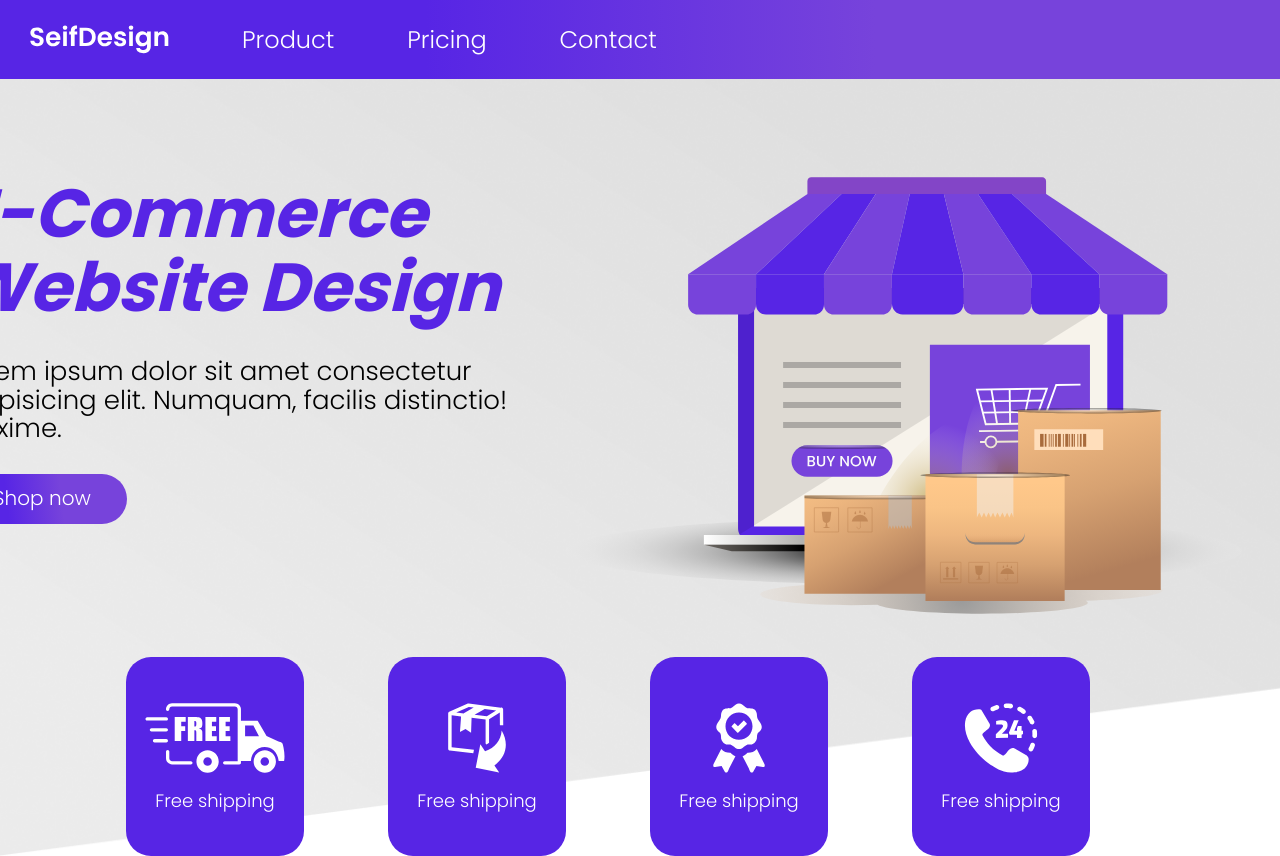
Repository: simralgasimov/newpage
Page: index.html
These files come from the project's save history. The page is drawn as it stood at one moment and after a run of saves; the edit follows.
The browser window is 1280 px wide. The pictures show the whole page.
The style sheet was rebuilt from its Sass, Less or Tailwind sources for each picture, by a compiler version that may differ from the author's.

Above is the page before, as saved 2023-12-13 15:18:04.
Not found: index.js

### index.html
<!DOCTYPE html>
<html lang="en">
  <head>
    <meta charset="UTF-8" />
    <meta name="viewport" content="width=device-width, initial-scale=1.0" />
    <title>Document</title>
    <link rel="stylesheet" href="./reset.css" />
    <link rel="stylesheet" href="./index.css" />
  </head>
  <body>
    <div class="container">
      <nav>
        <!-- <div class="logo"> -->
          <img class="logo-img" src=".//image/SeifDesign.svg" alt="" />
        <!-- </div> -->
        <ul>
          <li><a href="#">Product</a></li>
          <li><a href="#">Pricing</a></li>
          <li><a href="#">Contact</a></li>
        </ul>
        <div class="burgerMenu">
          <img src="./image/Frame 1.svg" alt="" />
        </div>
      </nav>
      <div class="box-container">
        <div class="box-1">
          <div class="text-container">
            <h1>E-Commerce Website Design</h1>
            <p>
              Lorem ipsum dolor sit amet consectetur adipisicing elit. Numquam,
              facilis distinctio! Maxime.
            </p>
            <button><a href="#">Shop now</a></button>
          </div>

            <img class="house-img" src=".//image/Group (1).svg" alt="" />

        </div>

          <ul>
            <li>
              <img src="./image/Group (2).svg" alt="" />
              <p>Free shipping</p>
            </li>

            <li>
              <img src="./image/Vector (1).svg" alt="" />
              <p>Free shipping</p>
            </li>
            <li>
              <img src="./image/Group (3).svg" alt="" />
              <p>Free shipping</p>
            </li>
            <li>
              <img src="./image/Vector (2).svg" alt="" />
              <p>Free shipping</p>
            </li>
          </ul>
        </div>

    </div>

  </body>
  <script src="./index.js"></script>
</html>

### index.scss
@import url("https://fonts.googleapis.com/css2?family=Poppins:wght@300;700&display=swap");
* {
  margin: 0;
  padding: 0;
  box-sizing: border-box;
}
.container {
  background-image: url("./image/Rectangle\ 3.png");
  background-repeat: no-repeat;
  background-size: 100% 100%;
  min-height: 100vh;
  width: 100%;
  nav {
    display: flex;
    align-items: center;
    background: linear-gradient(270deg, #7743db 31.64%, #5725e5 66.78%);
    padding: 20px 30px;
    @media screen and (max-width: 1024px) {
      justify-content: space-between;
    }
    .burgerMenu {
      display: none;
      @media screen and (max-width: 1024px) {
        display: block;
      }
    }
    .logo-img {
      width: 139px;
      height: 39px;
      @media screen and (max-width: 1024px) {
        width: 97px;
        height: 27px;
      }
    }

    ul {
        display: flex;
        /* margin-left: 200px; */
      @media screen and (max-width: 1024px) {
        display: none;
      }


      li {
        margin-left: 73px;
        list-style-type: none;
        a {
          text-decoration: none;
          width: 98px;
          height: 30px;
          color: #fff;
          text-align: center;
          font-family: Poppins;
          font-size: 24px;
          font-style: normal;
          font-weight: 300;
          line-height: normal;
        }
      }
    }
  }
}
.box-container {
  .box-1 {
    padding: 98px 164px 43px 83px;
    display: flex;
    justify-content: center;
    @media screen and (max-width: 1024px) {
padding: 0 10px;
padding-top: 100px;
flex-direction: column-reverse;
align-items: center;   }
    .text-container {
      h1 {
        margin-bottom: 32px;
        width: 608px;
        font-family: Poppins;
        font-size: 68px;
        font-style: italic;
        font-weight: 700;
        line-height: 109%; /* 74.12px */
        color: #5725e5;
        @media screen and (max-width: 1024px) {
        font-size: 40px;
        width: 100%;
        text-align: center;
        }

      }
      p {
        width: 608px;
        color: #000;
        font-family: Poppins;
        font-size: 26px;
        font-style: normal;
        font-weight: 300;
        line-height: 109%;
        @media screen and (max-width: 1024px) {
        font-size: 20px;
        width: 100%;
        }
      }
      button {
        border: none;
        margin-top: 32px;
        display: flex;
        width: 170px;
        height: 50px;
        display: flex;
        justify-content: center;
        align-items: center;
        border-radius: 25px;
        background: linear-gradient(263deg, #7743db 38.81%, #5725e5 70.24%);

        @media screen and (max-width: 1024px) {
            width: 170px;
            height: 50px;
            margin: auto;
        }
        a {
          text-decoration: none;
          color: #fff;
          font-family: Poppins;
          font-size: 20px;
          font-style: normal;
          font-weight: 400;
          line-height: 109%; /* 21.8px */
          @media screen and (max-width: 1024px) {
        font-size: 20px;
        }
        }
      }
    }

    .house-img {
      width: 677.61px;
      height: 437.417px;
      @media screen and (max-width: 1024px) {
      width: 352px;
height: 256.511px;}
    }
  }

  ul {
    display: flex;
    justify-content: center;
    flex-wrap: wrap;
    gap: 20px;

    li {
        margin-right: 64px;
      display: flex;
      width: 178px;
      height: 199px;
      padding: 10px;
      flex-direction: column;
      justify-content: center;
      align-items: center;
      gap: 18px;
      border-radius: 25px;
      background: #5725e5;
      @media screen and (max-width: 1024px) {
      margin-right: 20px}
      img {
        width: 139.997px;
        height: 70px;
      }
      p {
        color: #fff;
        text-align: center;
        font-family: Poppins;
        font-size: 18px;
        font-style: normal;
        font-weight: 400;
        line-height: 109%; /* 19.62px */
      }
    }
  }
}

Loaded but not shown: reset.css (common file)

After the next 2 saves:
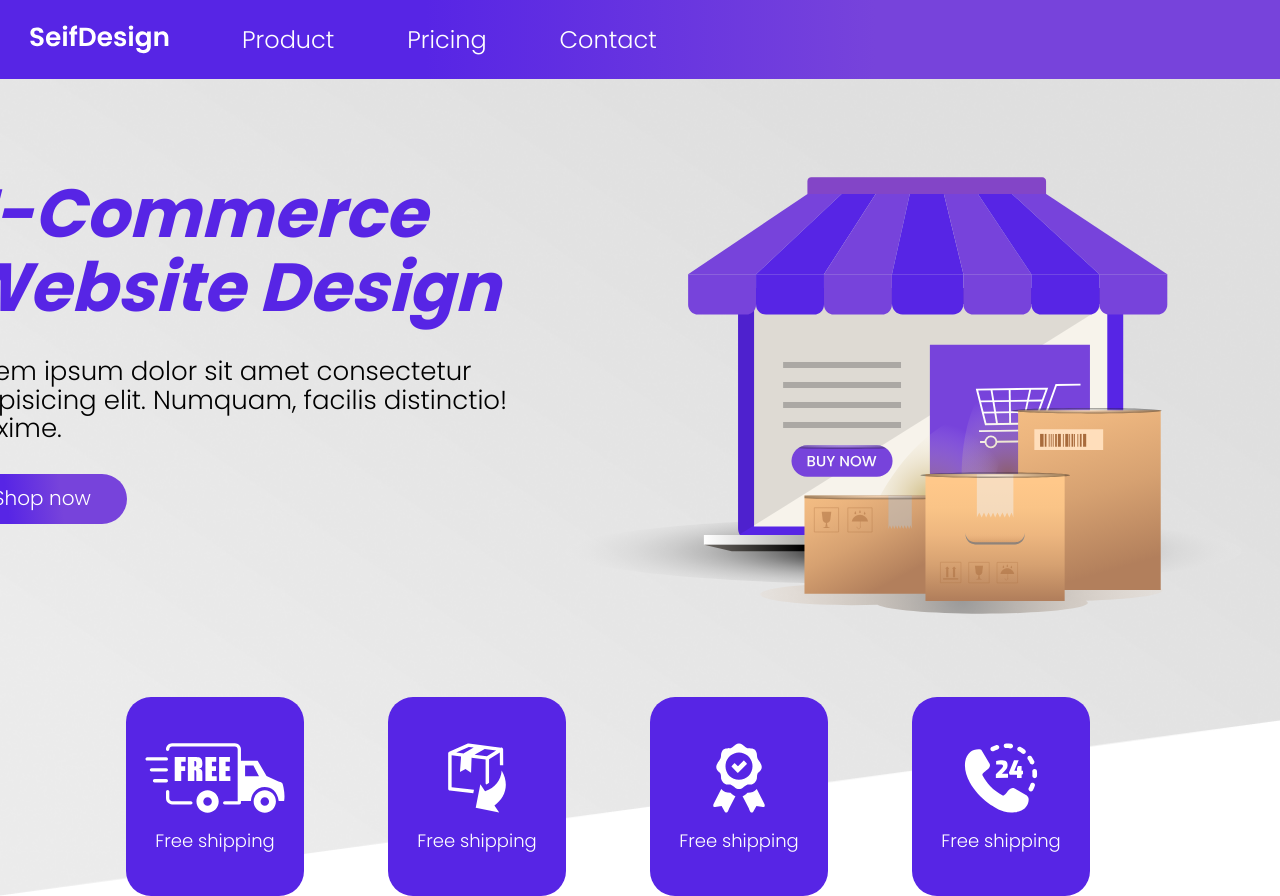
The 2 saves are shown as one change because they came seconds apart.
The last was saved 23 s later.
--- a/index.scss
+++ b/index.scss
@@ -146,6 +146,7 @@ height: 256.511px;}
     justify-content: center;
     flex-wrap: wrap;
     gap: 20px;
+    margin-top: 40px;
 
     li {
         margin-right: 64px;
